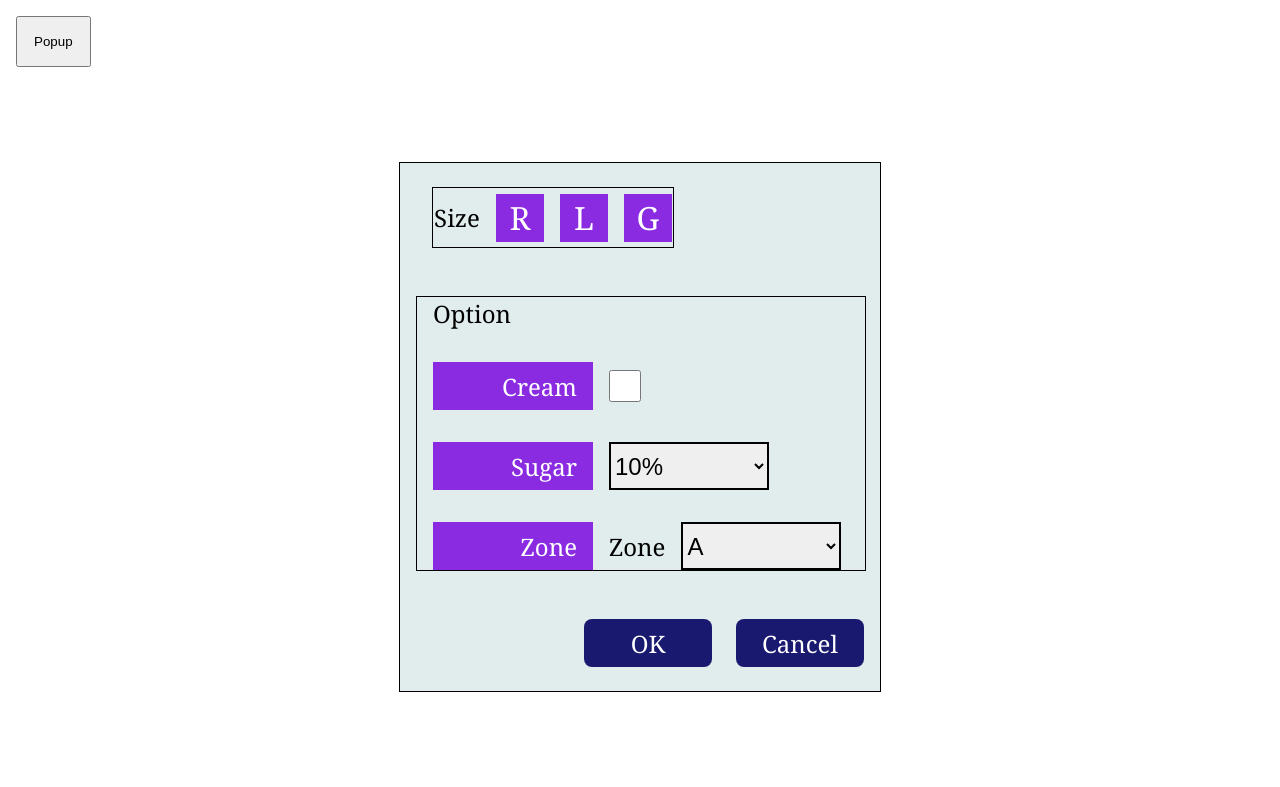
Repository: Dapravith/Midterm-SE-GIC-Cafe-Project-Group16
Page: src/main/resources/templates/PopupDrink.html
These files come from the project's save history. The page is drawn as it stood at one moment and after the next save; the edit follows.
The browser window is 1280 px wide. The pictures show the whole page.

Above is the page before, as saved 2023-05-12 14:48:11.

After the next save:
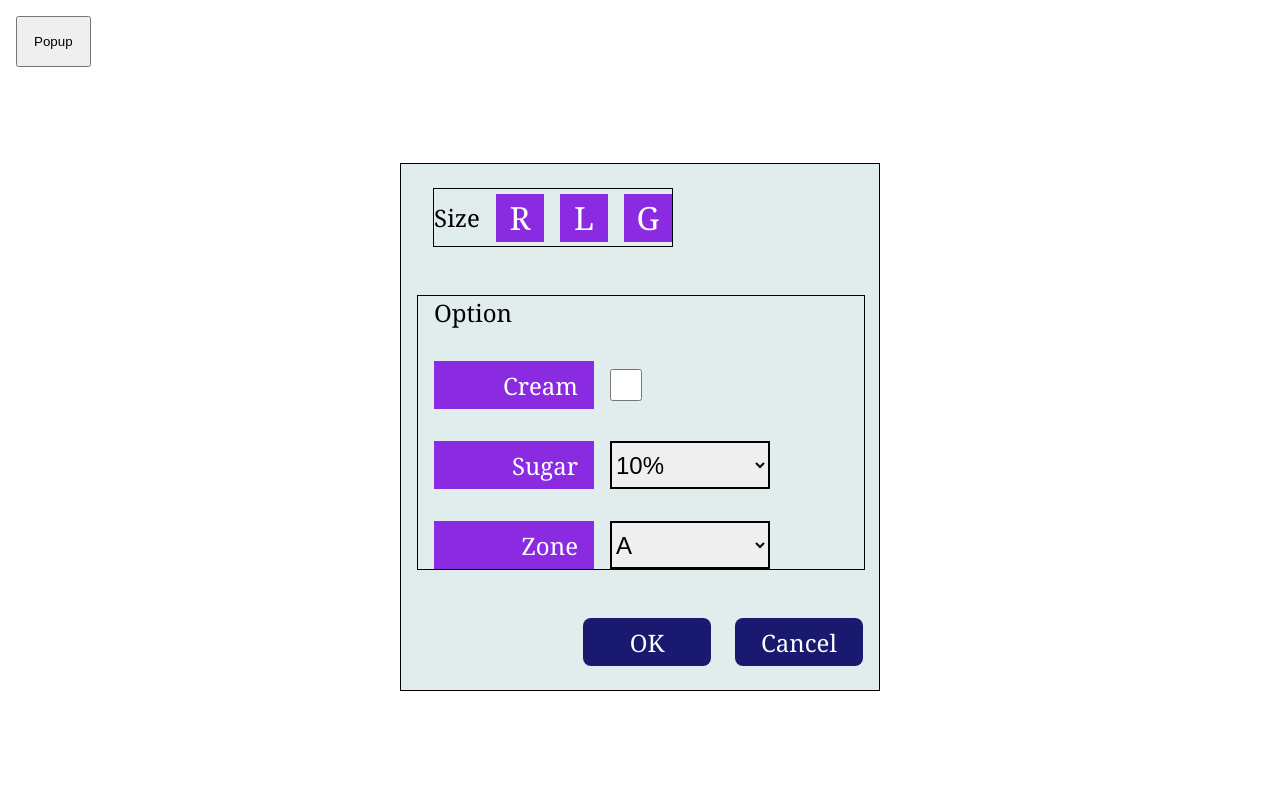
Saved 36 s later.
--- a/src/main/resources/templates/PopupDrink.html
+++ b/src/main/resources/templates/PopupDrink.html
@@ -10,6 +10,7 @@
       * {
         margin: 0;
         padding: 0;
+        box-sizing: border-box;
       }
 
       body {
@@ -229,7 +230,6 @@
             <div class="box_ zone">
               <span>Zone</span>
             </div>
-            <label for="">Zone</label>
             <select name="Zone" id="">
               <option value="">A</option>
               <option value="">B</option>
